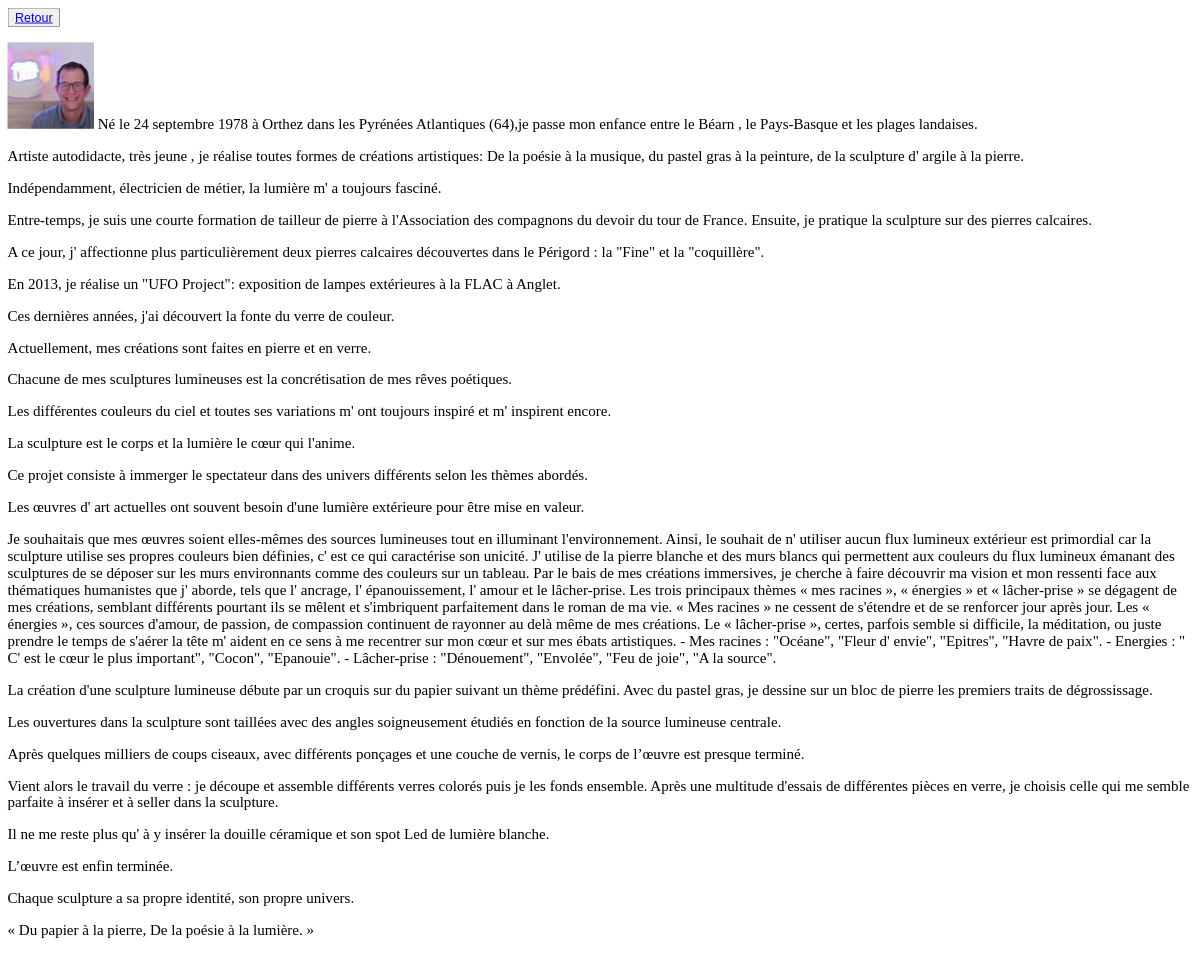
Repository: lysianebo/EricBidart
Page: presentation_more.html
The author's editor kept a copy of each file at every save. The page is drawn from the files as they stood at one save, then again after the next save.
The browser window is 1280 px wide. The pictures show the whole page, at 94% of full size.

Above is the page before, as saved 2023-10-29 07:38:27.

After the next save:
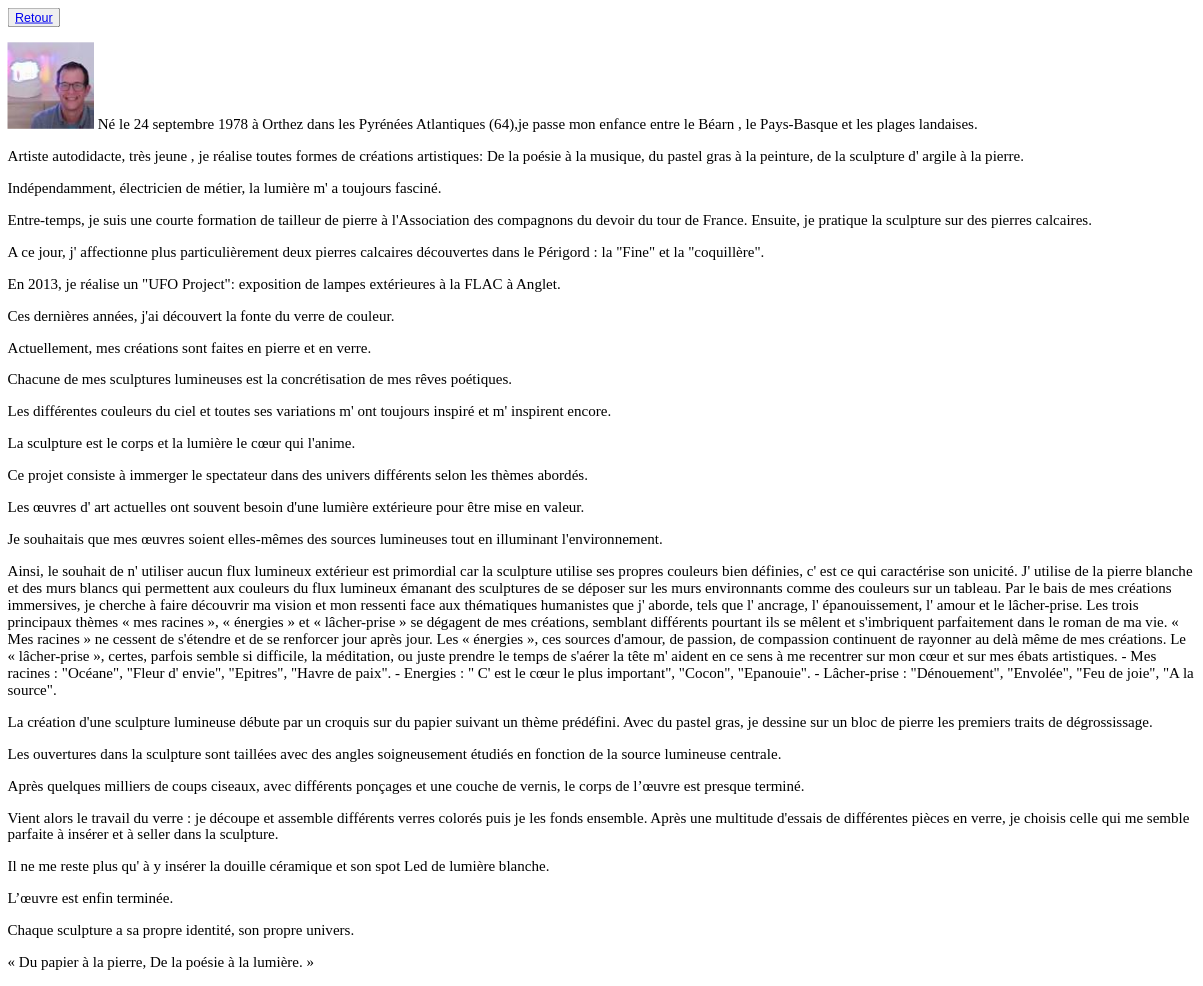
Saved 47 s later.
--- a/presentation_more.html
+++ b/presentation_more.html
@@ -29,7 +29,7 @@
 
             <p>Les œuvres d' art actuelles ont souvent besoin d'une lumière extérieure pour être mise en valeur.</p>
 
-            Je souhaitais que mes œuvres soient elles-mêmes des sources lumineuses tout en illuminant l'environnement.
+            <p>Je souhaitais que mes œuvres soient elles-mêmes des sources lumineuses tout en illuminant l'environnement.</p>
 
             Ainsi, le souhait de n' utiliser aucun flux lumineux extérieur est primordial car la sculpture utilise ses
             propres couleurs bien définies, c' est ce qui caractérise son unicité.

After the save that followed:
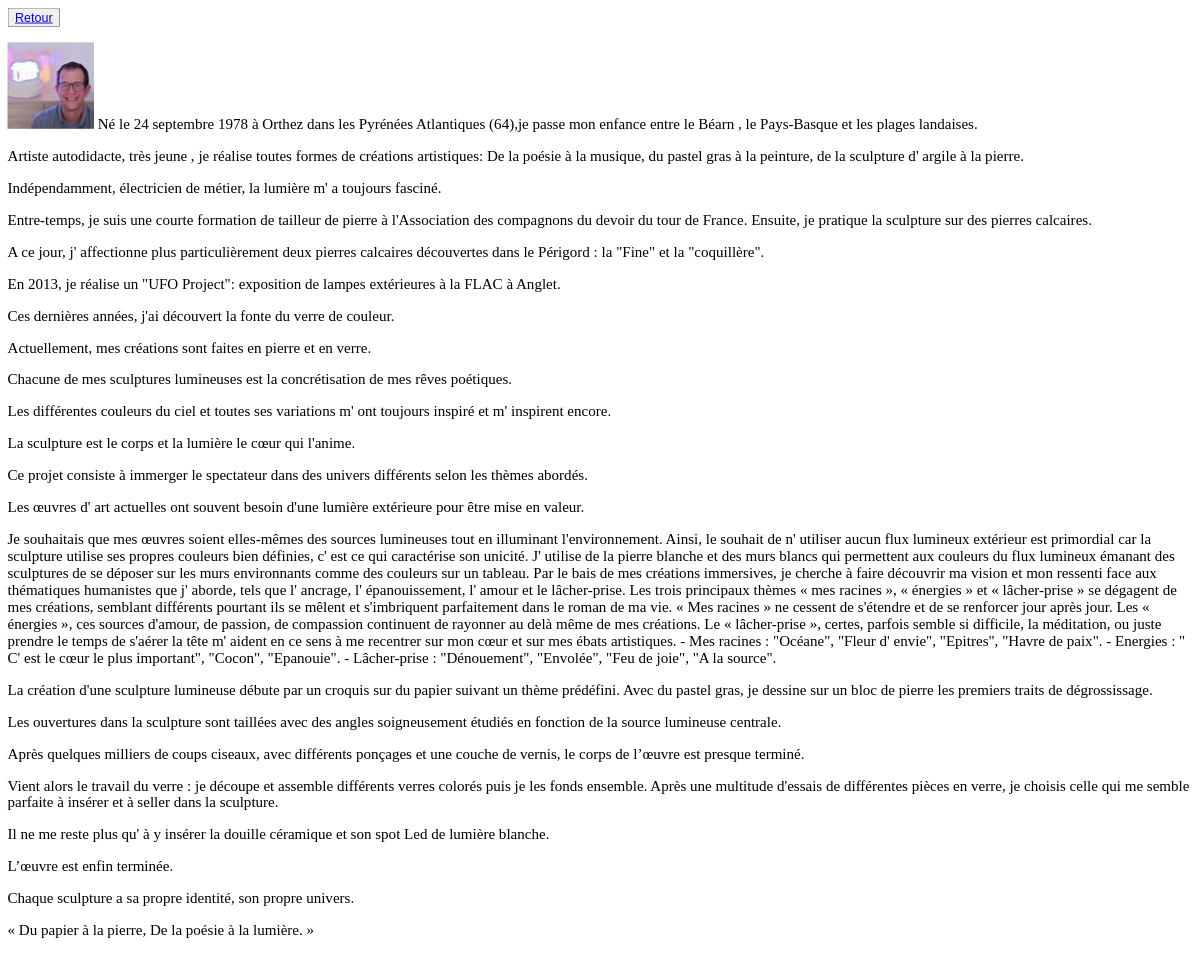
Saved 5 s later.
--- a/presentation_more.html
+++ b/presentation_more.html
@@ -29,7 +29,7 @@
 
             <p>Les œuvres d' art actuelles ont souvent besoin d'une lumière extérieure pour être mise en valeur.</p>
 
-            <p>Je souhaitais que mes œuvres soient elles-mêmes des sources lumineuses tout en illuminant l'environnement.</p>
+            Je souhaitais que mes œuvres soient elles-mêmes des sources lumineuses tout en illuminant l'environnement.
 
             Ainsi, le souhait de n' utiliser aucun flux lumineux extérieur est primordial car la sculpture utilise ses
             propres couleurs bien définies, c' est ce qui caractérise son unicité.
